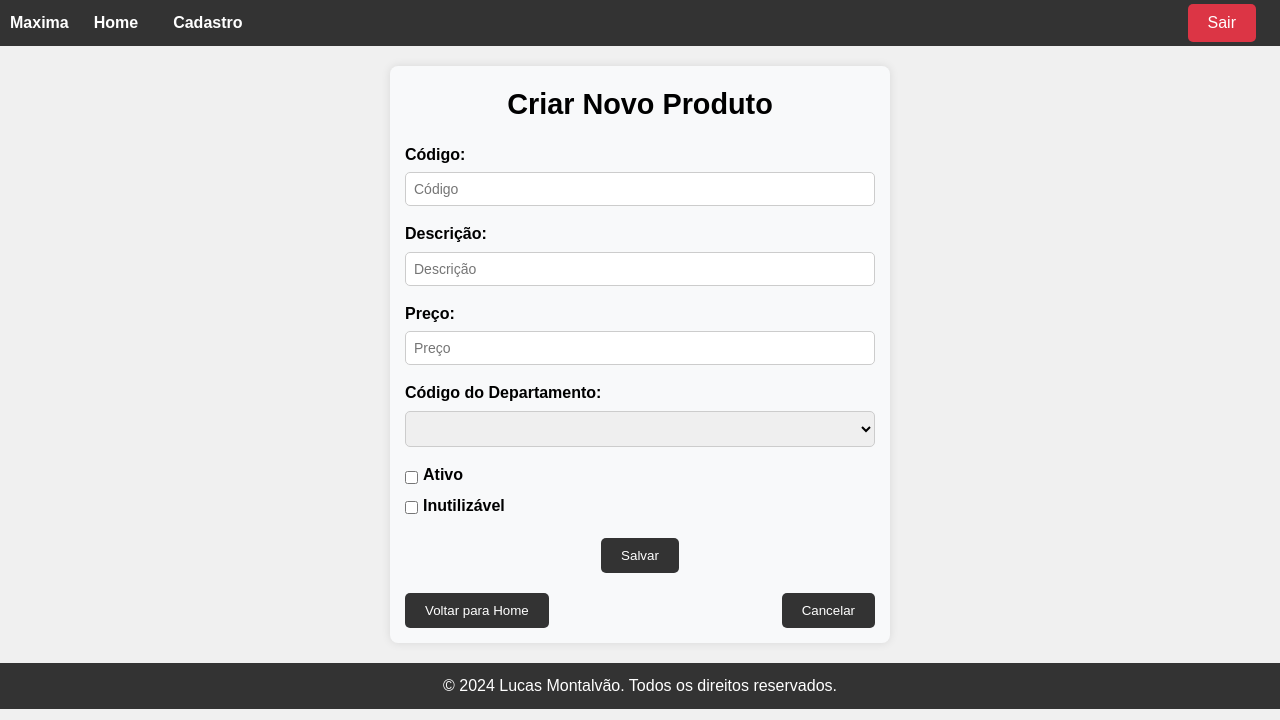
Repository: LucasMontalvao1/ProjetoMaxima
Page: /produto/criar (app in AngularMaxima/)
These files come from the project's save history. The page is drawn as it stood at one moment and after the next save; the edit follows.
The browser window is 1280 px wide. The pictures show the whole page.
The page's requests for data from a server got no answer. The project was rebuilt for these pictures with package versions that can differ from the ones it lists, and the page was loaded fresh each time. No one was signed in, and anything a server would have sent is missing. Also part of the build but not shown: AngularMaxima/angular.json, AngularMaxima/src/app/pages/login/login.component.ts, AngularMaxima/src/app/pages/home/home.component.ts, AngularMaxima/src/app/pages/produto/produto.component.ts, AngularMaxima/src/app/pages/departamento/departamento.component.ts.

Above is the page before, as saved 2024-07-14 22:25:43.

### AngularMaxima/src/index.html
<!doctype html>
<html lang="en">
<head>
  <meta charset="utf-8">
  <title>AngularMaxima</title>
  <base href="/">
  <meta name="viewport" content="width=device-width, initial-scale=1">
  <link rel="icon" type="image/x-icon" href="favicon.ico">
</head>
<body>
  <app-root></app-root>
</body>
</html>

### AngularMaxima/src/styles.css
* {
  margin: 0;
  padding: 0;
  box-sizing: border-box;
}

body {
  font-family: Arial, sans-serif;
  background-color: #f0f0f0;
  font-size: 16px;
  line-height: 1.6;
}

.container {
  display: flex;
  flex-direction: column;
  justify-content: space-between;
  min-height: 100vh;
}

### AngularMaxima/src/app/app.module.ts
import { NgModule } from '@angular/core';
import { BrowserModule } from '@angular/platform-browser';

import { AppRoutingModule } from './app-routing.module';
import { AppComponent } from './app.component';
import { LoginComponent } from './pages/login/login.component';
import { ReactiveFormsModule } from '@angular/forms';
import { HttpClientModule } from '@angular/common/http';
import { AuthService } from './services/auth.service';
import { HomeComponent } from './pages/home/home.component';
import { MenuComponent } from './layout/menu/menu.component';
import { FooterComponent } from './layout/footer/footer.component';
import { ProdutosComponent } from './pages/produto/produto.component';
import { DepartamentoComponent } from './pages/departamento/departamento.component';
import { ProdutosCriarComponent } from '../../src/app/pages/produto/produto-criar/produto-criar.component';

@NgModule({
  declarations: [
    AppComponent,
    LoginComponent,
    HomeComponent,
    MenuComponent,
    FooterComponent,
    ProdutosComponent,
    DepartamentoComponent,
    ProdutosCriarComponent,

  ],
  imports: [
    BrowserModule,
    AppRoutingModule,
    ReactiveFormsModule,
    HttpClientModule
  ],
  providers: [AuthService],
  bootstrap: [AppComponent]
})
export class AppModule { }

### AngularMaxima/src/app/app-routing.module.ts
import { NgModule } from '@angular/core';
import { RouterModule, Routes } from '@angular/router';
import { LoginComponent } from './pages/login/login.component';
import { HomeComponent } from './pages/home/home.component';
import { ProdutosComponent } from './pages/produto/produto.component';
import { DepartamentoComponent } from './pages/departamento/departamento.component';
import { ProdutosCriarComponent } from './pages/produto/produto-criar/produto-criar.component';

const routes: Routes = [
  { path: '', redirectTo: '/login', pathMatch: 'full'},
  { path: 'login', component: LoginComponent},
  { path: 'home', component: HomeComponent},
  { path: 'produto', component: ProdutosComponent},
  { path: 'produto/criar', component: ProdutosCriarComponent},
  { path: 'departamento', component: DepartamentoComponent},
];

@NgModule({
  imports: [RouterModule.forRoot(routes)],
  exports: [RouterModule]
})
export class AppRoutingModule { }

### AngularMaxima/src/app/app.component.ts
import { Component } from '@angular/core';

@Component({
  selector: 'app-root',
  templateUrl: './app.component.html',
  styleUrls: ['./app.component.css']
})
export class AppComponent {
  title = 'AngularMaxima';
}

### AngularMaxima/src/app/services/auth.service.ts
import { Injectable } from '@angular/core';
import { HttpClient } from '@angular/common/http';
import { Observable } from 'rxjs';
import { environment } from '../../../src/environments/environment';
import { Router } from '@angular/router';

@Injectable({
  providedIn: 'root'
})
export class AuthService {

  private apiUrl = environment.apiUrl;

  constructor(private http: HttpClient, private router: Router) { }

  login(username: string, password: string): Observable<any> {
    const body = { username, password };
    return this.http.post<any>(`${this.apiUrl}/login`, body, { responseType: 'text' as 'json' });
  }

    logout() {
    this.router.navigate(['/login']);
    }
}

### AngularMaxima/src/app/layout/menu/menu.component.ts
import { Component } from '@angular/core';
import { AuthService } from '../../services/auth.service';

@Component({
  selector: 'app-menu',
  templateUrl: './menu.component.html',
  styleUrls: ['./menu.component.css']
})
export class MenuComponent {

  constructor(private authService: AuthService) {}

  logout() {
    this.authService.logout();
  }
}

### AngularMaxima/src/app/pages/produto/produto-criar/produto-criar.component.ts
import { Component, OnInit } from '@angular/core';
import { FormBuilder, FormGroup, Validators } from '@angular/forms';
import { Router } from '@angular/router';
import { ProdutoService } from '../../../services/produto.service';
import { DepartamentoService } from 'src/app/services/departamento.service';
import { Departamento } from 'src/app/models/departamento.model';

@Component({
  selector: 'app-produtos-criar',
  templateUrl: './produto-criar.component.html',
  styleUrls: ['./produto-criar.component.css']
})
export class ProdutosCriarComponent implements OnInit {

  produtoForm!: FormGroup;
  departamentosAtivos: Departamento[] = [];

  constructor(
    private formBuilder: FormBuilder,
    private router: Router,
    private produtoService: ProdutoService,
    private departamentoService: DepartamentoService
  ) {}

  ngOnInit(): void {
    this.produtoForm = this.formBuilder.group({
      codigo: ['', Validators.required],
      descricao: ['', Validators.required],
      preco: ['', Validators.required],
      departamentoCodigo: ['', Validators.required],
      status: [false],
      inutilizavel: [false]
    });

    this.carregarDepartamentos();
  }

  carregarDepartamentos() {
    this.departamentoService.getAllDepartamentos().subscribe(
      (data: Departamento[]) => {
        this.departamentosAtivos = data;
      },
      (error) => {
        console.error('Erro ao carregar departamentos:', error);
      }
    );
  }

  onSubmit() {
    if (this.produtoForm.valid) {
      const statusValue = this.produtoForm.get('status')?.value ? 1 : 0;
      const inutilizavelValue = this.produtoForm.get('inutilizavel')?.value ? 1 : 0;

      const { codigo, descricao, preco, departamentoCodigo } = this.produtoForm.value;

      this.produtoService.createProduto(
        codigo,
        descricao,
        preco,
        departamentoCodigo,
        statusValue,
        inutilizavelValue
      ).subscribe(
        (response) => {
          console.log('Produto criado com sucesso:', response);
          this.router.navigate(['/produtos']);
        },
        (error) => {
          console.error('Erro ao criar produto:', error);
        }
      );
    } else {
      console.error('Formulário inválido. Verifique os campos.');
    }
  }

  voltarParaHome() {
    this.router.navigate(['/home']);
  }

  voltarParaProdutos() {
    this.router.navigate(['/produtos']);
  }
}

### AngularMaxima/src/environments/environment.ts
export const environment = {
  production: false,
  apiUrl: 'https://localhost:7041'
};

### AngularMaxima/src/app/layout/menu/menu.component.html
<div class="menu-container">
  <nav class="menu">
    <ul>
      <li>Maxima</li>
      <li><a routerLink="/home">Home</a></li>
      <li class="cadastro">
        <a>Cadastro</a>
        <div class="submenu">
          <a routerLink="/produto">Produtos</a>
          <a routerLink="/departamento">Departamentos</a>
        </div>
      </li>
    </ul>
  </nav>

  <div class="user-actions">
    <button class="logout-button" (click)="logout()">Sair</button>
  </div>
</div>

### AngularMaxima/src/app/layout/menu/menu.component.css
.menu {
  background-color: #333;
  color: white;
  padding: 10px;
  display: flex;
  justify-content: space-between;
  align-items: center;
  width: 100%;
}

.menu ul {
  list-style-type: none;
  display: flex;
}

.menu ul li {
  margin-right: 15px;
  position: relative;
  font-weight: bold;
}

.menu ul li a {
  color: white;
  text-decoration: none;
  font-weight: bold;
  padding: 10px;
  position: relative;
}

.menu ul li a:hover {
  text-decoration: underline;
}

.submenu {
  display: none;
  position: absolute;
  background-color: #333;
  padding: 10px;
  top: 100%;
  left: 0;
  z-index: 1;
  width: 200px;
}

.menu ul li.cadastro:hover .submenu {
  display: block;
}

.submenu a {
  display: block;
  color: white;
  text-decoration: none;
  padding: 8px 12px;
}

.submenu a:hover {
  background-color: #555;
}

.user-actions {
  margin-left: auto;
}

.logout-button {
  background-color: #dc3545;
  color: white;
  border: none;
  padding: 10px 20px;
  border-radius: 5px;
  cursor: pointer;
  font-size: 1rem;
  margin: 4px;
}

.logout-button:hover {
  background-color: #c82333;
}

.header {
  position: fixed;
  top: 0;
  left: 0;
  width: 100%;
  background-color: #333;
  color: white;
  padding: 10px 20px;
  display: flex;
  justify-content: space-between;
  align-items: center;
}

.menu-container {
  display: flex;
  align-items: center;
}

.user-actions {
  position: absolute;
  top: 0;
  right: 20px;
}

### AngularMaxima/src/app/layout/footer/footer.component.html
<footer class="footer">
  <p>&copy; 2024 Lucas Montalvão. Todos os direitos reservados.</p>
</footer>

### AngularMaxima/src/app/layout/footer/footer.component.css
.footer {
  background-color: #333;
  color: white;
  text-align: center;
  bottom: 0;
  width: 100%;
  padding: 10px 0;
}

### AngularMaxima/src/app/services/produto.service.ts
import { Injectable } from '@angular/core';
import { HttpClient } from '@angular/common/http';
import { Observable } from 'rxjs';
import { environment } from '../../../src/environments/environment';
import { Produto } from '../models/produto.model';

@Injectable({
  providedIn: 'root'
})
export class ProdutoService {

  private apiUrl = environment.apiUrl + '/produto';

  constructor(private http: HttpClient) { }

  getAllProdutos(): Observable<Produto[]> {
    return this.http.get<Produto[]>(this.apiUrl);
  }

  getProdutoById(id: number): Observable<Produto> {
    const url = `${this.apiUrl}/${id}`;
    return this.http.get<Produto>(url);
  }

  createProduto(codigo: string, descricao: string, preco: number, departamentoCodigo: string, status: number, inutilizavel: number): Observable<Produto> {
    const produto = {
      id: 0,
      codigo,
      descricao,
      departamentoCodigo,
      preco,
      status,
      inutilizavel
    };

    return this.http.post<Produto>(this.apiUrl, produto);
  }

  updateProduto(id: number, produto: Produto): Observable<Produto> {
    const url = `${this.apiUrl}/${id}`;
    return this.http.put<Produto>(url, produto);
  }

  deleteProduto(id: number): Observable<any> {
    const url = `${this.apiUrl}/${id}`;
    return this.http.delete<any>(url);
  }
}

### AngularMaxima/src/app/services/departamento.service.ts
import { Injectable } from '@angular/core';
import { HttpClient } from '@angular/common/http';
import { Observable } from 'rxjs';
import { environment } from '../../environments/environment';
import { Departamento } from '../models/departamento.model';

@Injectable({
  providedIn: 'root'
})
export class DepartamentoService {

  private apiUrl = environment.apiUrl + '/departamento';

  constructor(private http: HttpClient) { }

  getAllDepartamentos(): Observable<Departamento[]> {
    return this.http.get<Departamento[]>(this.apiUrl);
  }

  getDepartamentoByCodigo(codigo: string): Observable<Departamento> {
    return this.http.get<Departamento>(`${this.apiUrl}/codigo/${codigo}`);
  }

  createDepartamento(departamento: Departamento): Observable<Departamento> {
    return this.http.post<Departamento>(this.apiUrl, departamento);
  }

  updateDepartamento(id: number, departamento: Departamento): Observable<Departamento> {
    return this.http.put<Departamento>(`${this.apiUrl}/${id}`, departamento);
  }

  deleteDepartamento(id: number): Observable<any> {
    return this.http.delete<any>(`${this.apiUrl}/${id}`);
  }
}

### AngularMaxima/src/app/pages/produto/produto-criar/produto-criar.component.html
<app-menu></app-menu>

<div class="container">
  <div class="form-container">
    <h2 class="titulo">Criar Novo Produto</h2>
    <form *ngIf="produtoForm" [formGroup]="produtoForm" (ngSubmit)="onSubmit()">
      <div class="form-group">
        <label for="codigo">Código:</label>
        <input type="text" class="form-control" id="codigo" formControlName="codigo" placeholder="Código">
        <div *ngIf="produtoForm.get('codigo')?.invalid && produtoForm.get('codigo')?.touched" class="invalid-feedback">
          Código é obrigatório.
        </div>
      </div>
      <div class="form-group">
        <label for="descricao">Descrição:</label>
        <input type="text" class="form-control" id="descricao" formControlName="descricao" placeholder="Descrição">
        <div *ngIf="produtoForm.get('descricao')?.invalid && produtoForm.get('descricao')?.touched" class="invalid-feedback">
          Descrição é obrigatória.
        </div>
      </div>
      <div class="form-group">
        <label for="preco">Preço:</label>
        <input type="number" class="form-control" id="preco" formControlName="preco" placeholder="Preço">
        <div *ngIf="produtoForm.get('preco')?.invalid && produtoForm.get('preco')?.touched" class="invalid-feedback">
          Preço é obrigatório.
        </div>
      </div>
      <div class="form-group">
        <label for="departamentoCodigo">Código do Departamento:</label>
        <select class="form-control" id="departamentoCodigo" formControlName="departamentoCodigo">
          <option *ngFor="let departamento of departamentosAtivos" [value]="departamento.codigo">{{ departamento.descricao }}</option>
        </select>
        <div *ngIf="produtoForm.get('departamentoCodigo')?.invalid && produtoForm.get('departamentoCodigo')?.touched" class="invalid-feedback">
          Código do Departamento é obrigatório.
        </div>
      </div>
      <div class="form-group">
        <div class="form-check-inline">
          <input type="checkbox" class="form-check-input" id="status" formControlName="status">
          <label class="form-check-label" for="status">Ativo</label>
        </div>
        <div class="form-check-inline">
          <input type="checkbox" class="form-check-input" id="inutilizavel" formControlName="inutilizavel">
          <label class="form-check-label" for="inutilizavel">Inutilizável</label>
        </div>
      </div>
      <button type="submit" class="btn btn-primary mt-3">Salvar</button>
    </form>
    <div class="button-group mt-3">
      <button class="btn btn-secondary" routerLink="/home">Voltar para Home</button>
      <button class="btn btn-cancelar" routerLink="/produto">Cancelar</button>
    </div>
  </div>
</div>

<app-footer></app-footer>

### AngularMaxima/src/app/pages/produto/produto-criar/produto-criar.component.css
.container {
  display: flex;
  justify-content: center;
  align-items: center;
  min-height: calc(100vh - 140px);
  padding-top: 20px;
  padding-bottom: 20px;
}

.form-container {
  max-width: 500px;
  width: 100%;
  padding: 15px;
  background-color: #f8f9fa;
  border-radius: 8px;
  box-shadow: 0 0 10px rgba(0, 0, 0, 0.1);
  text-align: center;
}

.titulo {
  font-size: 1.8rem;
  margin-bottom: 15px;
}

.form-group {
  margin-bottom: 15px;
  text-align: left;
}

.form-group label {
  display: block;
  margin-bottom: 5px;
  font-weight: bold;
}

.form-group .form-control {
  width: 100%;
  padding: 8px;
  font-size: 14px;
  border: 1px solid #ccc;
  border-radius: 5px;
}

.form-check {
  display: flex;
  align-items: center;
  margin-bottom: 10px;
}

.form-check-inline {
  display: flex;
  align-items: center;
  margin-right: 20px;
}

.form-check-label {
  margin-left: 5px;
}

.invalid-feedback {
  color: #dc3545;
  font-size: 14px;
  margin-top: 5px;
}

.btn-primary {
  background-color: #333;
  color: white;
  border: none;
  padding: 10px 20px; /* Ajustar o padding do botão */
  border-radius: 5px;
  cursor: pointer;
}

.btn-primary:hover {
  background-color: #0056b3;
}

.btn-secondary {
  background-color: #333;
  color: white;
  border: none;
  padding: 10px 20px;
  border-radius: 5px;
  cursor: pointer;
}

.btn-secondary:hover {
  background-color: #0056b3;
}

.button-group {
  display: flex;
  justify-content: space-between;
  margin-top: 20px;
}

.btn-cancelar {
  background-color: #333;
  color: white;
  border: none;
  padding: 10px 20px;
  border-radius: 5px;
  cursor: pointer;
}

.btn-cancelar:hover {
  background-color: #b30000;
}

Loaded but not shown: AngularMaxima/src/main.ts (common file); AngularMaxima/src/app/layout/footer/footer.component.ts (common file); AngularMaxima/src/app/app.component.html (common file); AngularMaxima/src/app/app.component.css (no stored copy; drawn as an empty file)

After the next save:
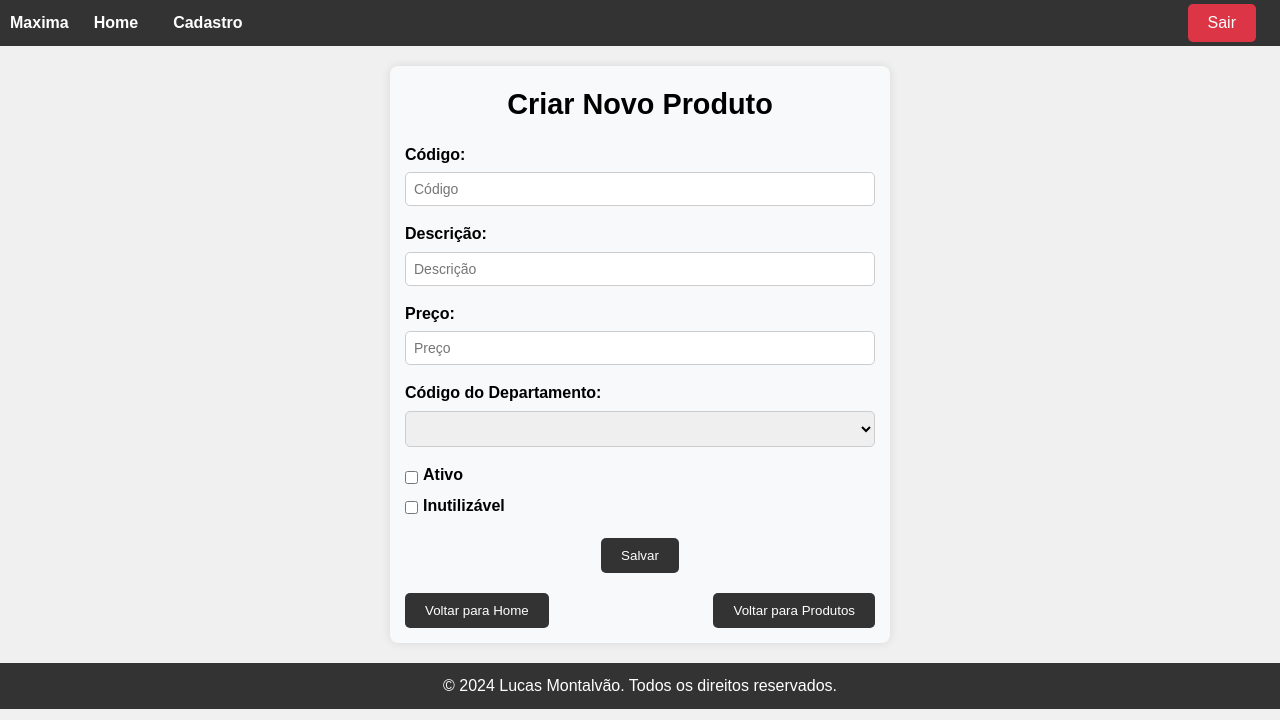
Saved 22 s later.
--- a/AngularMaxima/src/app/pages/produto/produto-criar/produto-criar.component.html
+++ b/AngularMaxima/src/app/pages/produto/produto-criar/produto-criar.component.html
@@ -48,7 +48,7 @@
     </form>
     <div class="button-group mt-3">
       <button class="btn btn-secondary" routerLink="/home">Voltar para Home</button>
-      <button class="btn btn-cancelar" routerLink="/produto">Cancelar</button>
+      <button class="btn btn-secondary" routerLink="/produto">Voltar para Produtos</button>
     </div>
   </div>
 </div>

After the save that followed:
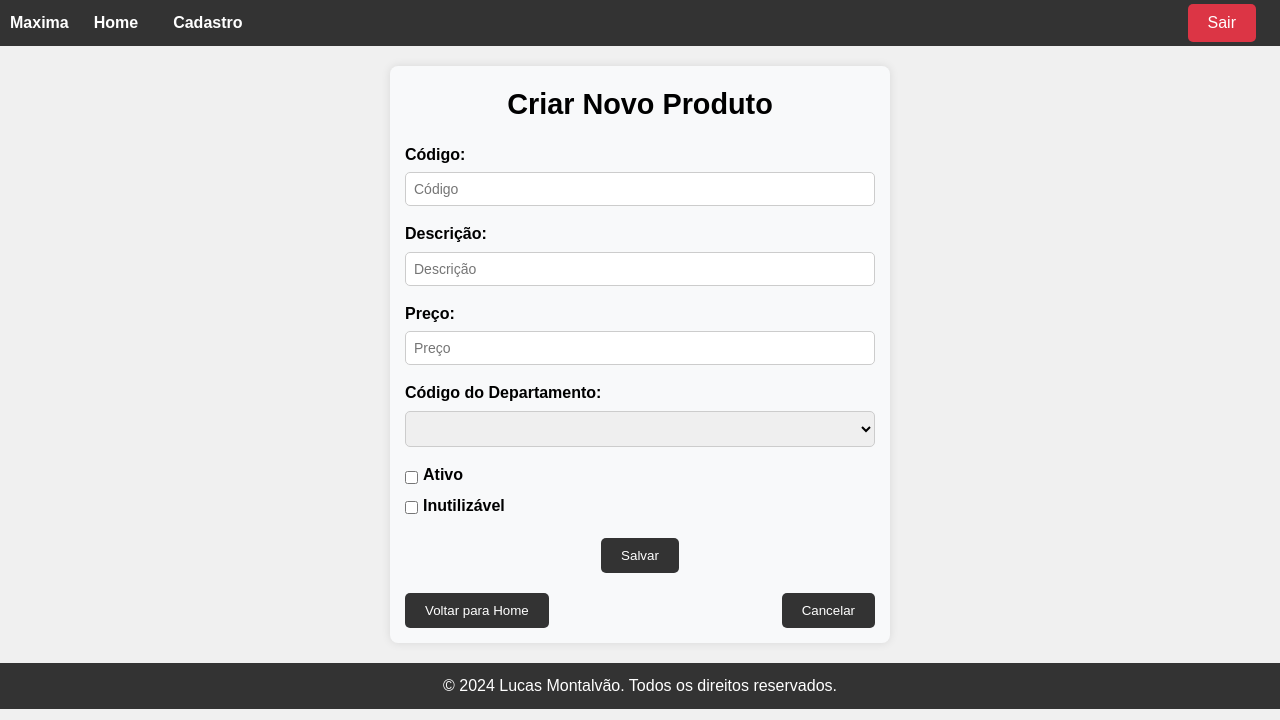
Saved 7 s later.
--- a/AngularMaxima/src/app/pages/produto/produto-criar/produto-criar.component.html
+++ b/AngularMaxima/src/app/pages/produto/produto-criar/produto-criar.component.html
@@ -48,7 +48,7 @@
     </form>
     <div class="button-group mt-3">
       <button class="btn btn-secondary" routerLink="/home">Voltar para Home</button>
-      <button class="btn btn-secondary" routerLink="/produto">Voltar para Produtos</button>
+      <button class="btn btn-cancelar" routerLink="/produto">Cancelar</button>
     </div>
   </div>
 </div>
